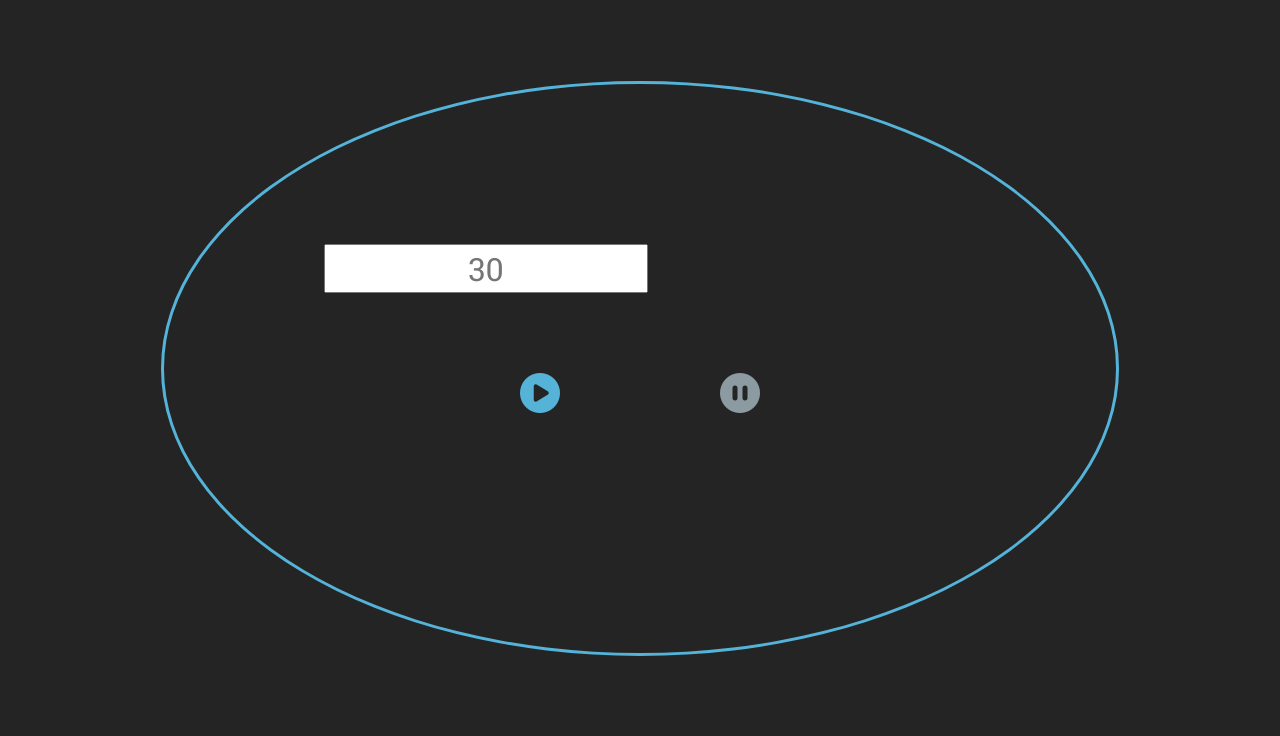
Repository: Sbethm/javascript-challenges
Page: index.html
An editor plug-in stored every save of this project. The page is shown before and after a run of saves, followed by the edit.
The browser window is 1280 px wide. The pictures show the whole page.
Some web libraries are served in a nearby version. The style sheet was rebuilt from its Sass, Less or Tailwind sources for each picture, by a compiler version that may differ from the author's.

Above is the page before, as saved 2021-09-17 09:39:05.

After the next 13 saves:
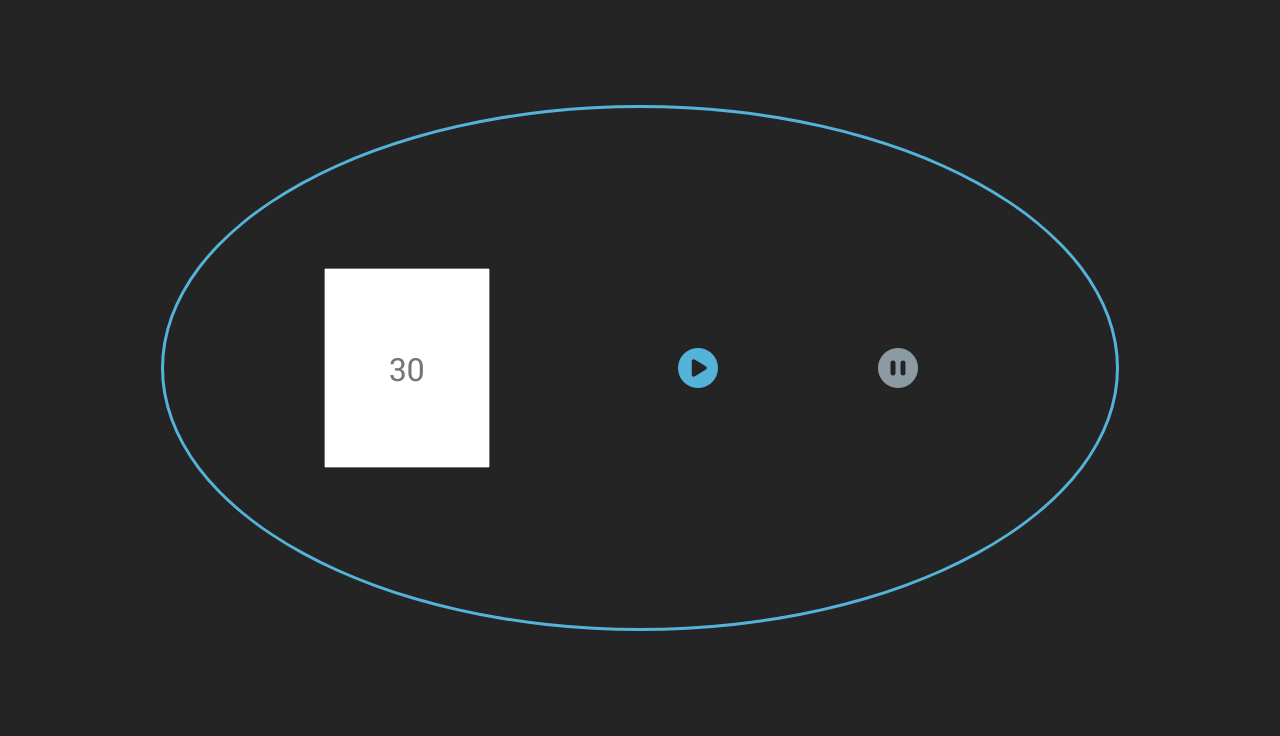
The 13 saves are shown as one change because 2 did not build or start and some came seconds apart.
The last was saved 38 s later.
--- a/SCSS/main.scss
+++ b/SCSS/main.scss
@@ -12,7 +12,9 @@ main{
 }
 
 .container {
-    display: f;
+    display: grid;
+    grid-template-columns: 50% 50%;
+    grid-row: 25% 75%;
     width: 50%;
     padding: 5em;
     margin: 0 auto;
